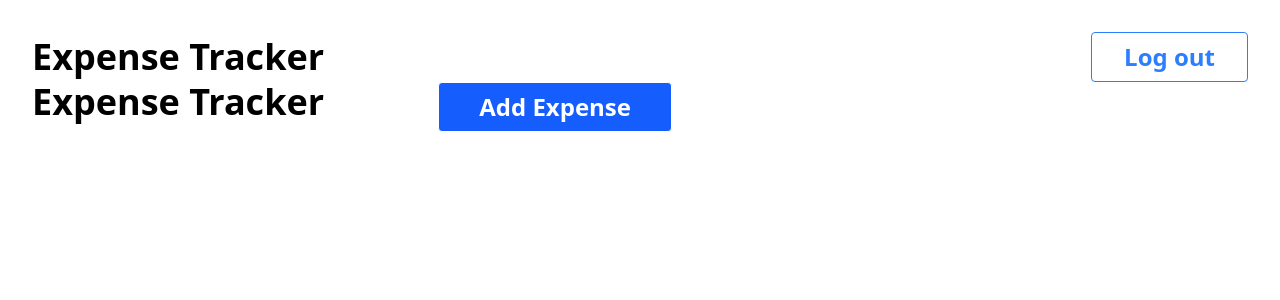
Repository: Syed-Mohsin-Ali786/frontend-expense-tracker
Page: /
An editor plug-in stored every save of this project. The page is shown before and after the next save, followed by the edit.
The browser window is 1280 px wide. The pictures show the whole page.
The project was rebuilt for these pictures with package versions that can differ from the ones it lists, and the page was loaded fresh each time.

Above is the page before, as saved 2025-09-28 14:06:28.

### src/App.tsx

import './App.css'

function App() {


  return (
    <div className=' mt-4 mx-4 p-4'>
      {/* Header */}
      <header className='flex items-center justify-between'>
     <h1 className='text-4xl  font-semibold'>Expense Tracker</h1>
     <button className=' border border-blue-500 py-2 px-3 md:px-6 lg:px-8 rounded font-semibold text-blue-500 text-2xl '>Log out</button>
      </header>

      {/* The main page */}
<section>
  {/* Expenses */}
<div className='flex w-[50vw] justify-between'>
<h1 className='text-4xl  font-semibold'>Expense Tracker</h1>
     <button className=' bg-blue-600 border py-2 px-3 md:px-6 lg:px-10 rounded font-semibold text-[#ffff] text-2xl '>Add Expense</button>

</div>
{/* Charts */}
<div>

</div>
</section>
    </div>
  )
}

export default App

Loaded but not shown: index.html (common file); src/main.tsx (common file); src/App.css (common file)

After the next save:
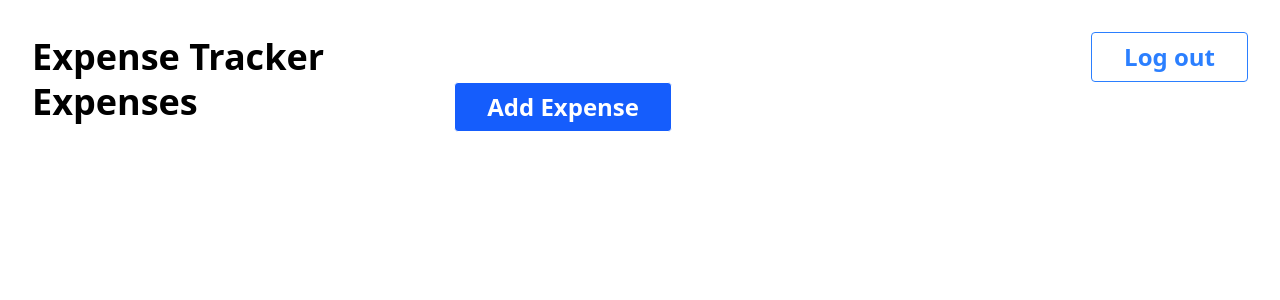
Saved 13 s later.
--- a/src/App.tsx
+++ b/src/App.tsx
@@ -16,8 +16,8 @@ function App() {
 <section>
   {/* Expenses */}
 <div className='flex w-[50vw] justify-between'>
-<h1 className='text-4xl  font-semibold'>Expense Tracker</h1>
-     <button className=' bg-blue-600 border py-2 px-3 md:px-6 lg:px-10 rounded font-semibold text-[#ffff] text-2xl '>Add Expense</button>
+<h1 className='text-4xl  font-semibold'>Expenses</h1>
+     <button className=' bg-blue-600 border py-2 px-3 md:px-6 lg:px-8 rounded font-semibold text-[#ffff] text-2xl '>Add Expense</button>
 
 </div>
 {/* Charts */}
